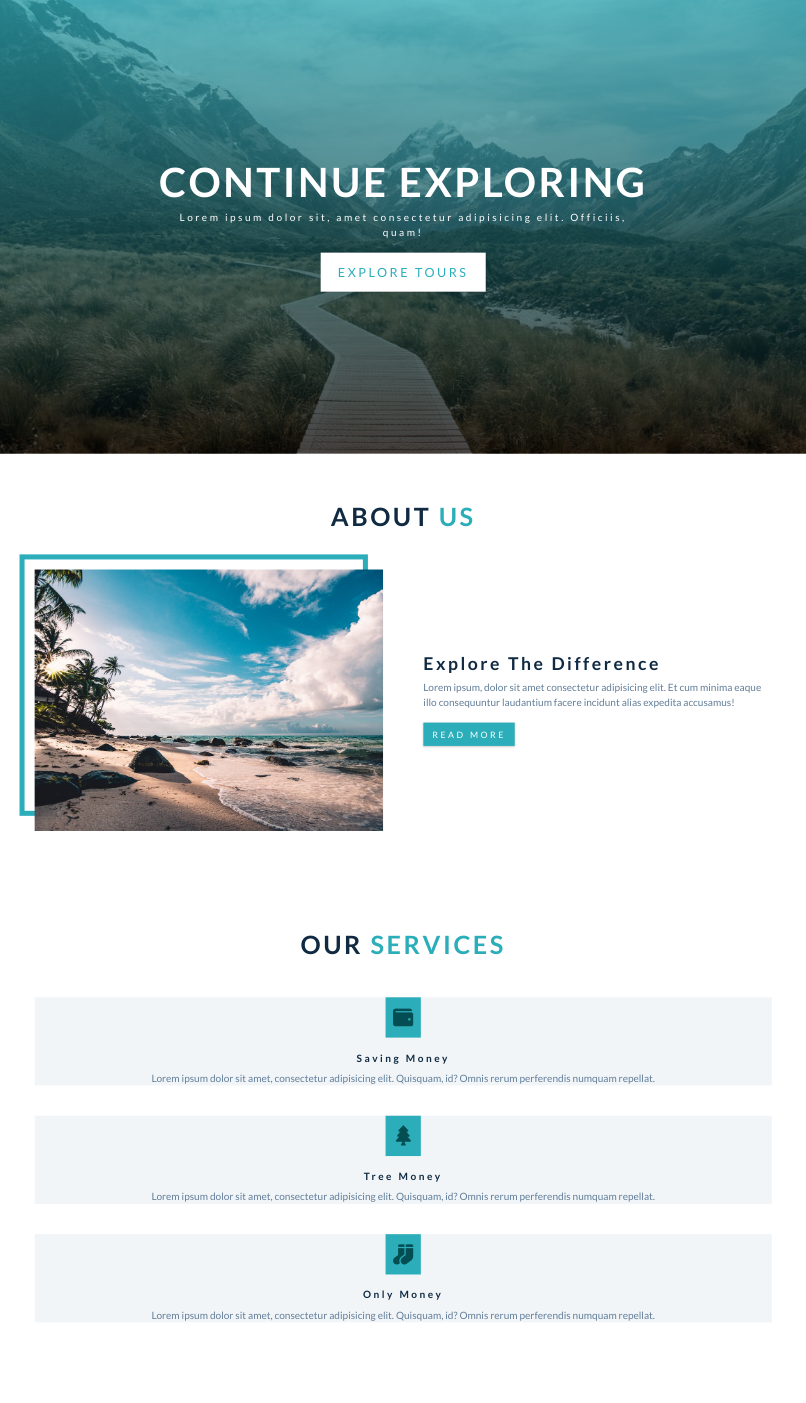
Repository: Ndifoinhilary/flexbox-project
Page: index.html
The author's editor kept a copy of each file at every save. The page is drawn from the files as they stood at one save, then again after the next save.
The browser window is 1280 px wide. The pictures show the whole page, at 63% of full size.

Above is the page before, as saved 2024-01-21 14:58:15.

After the next save:
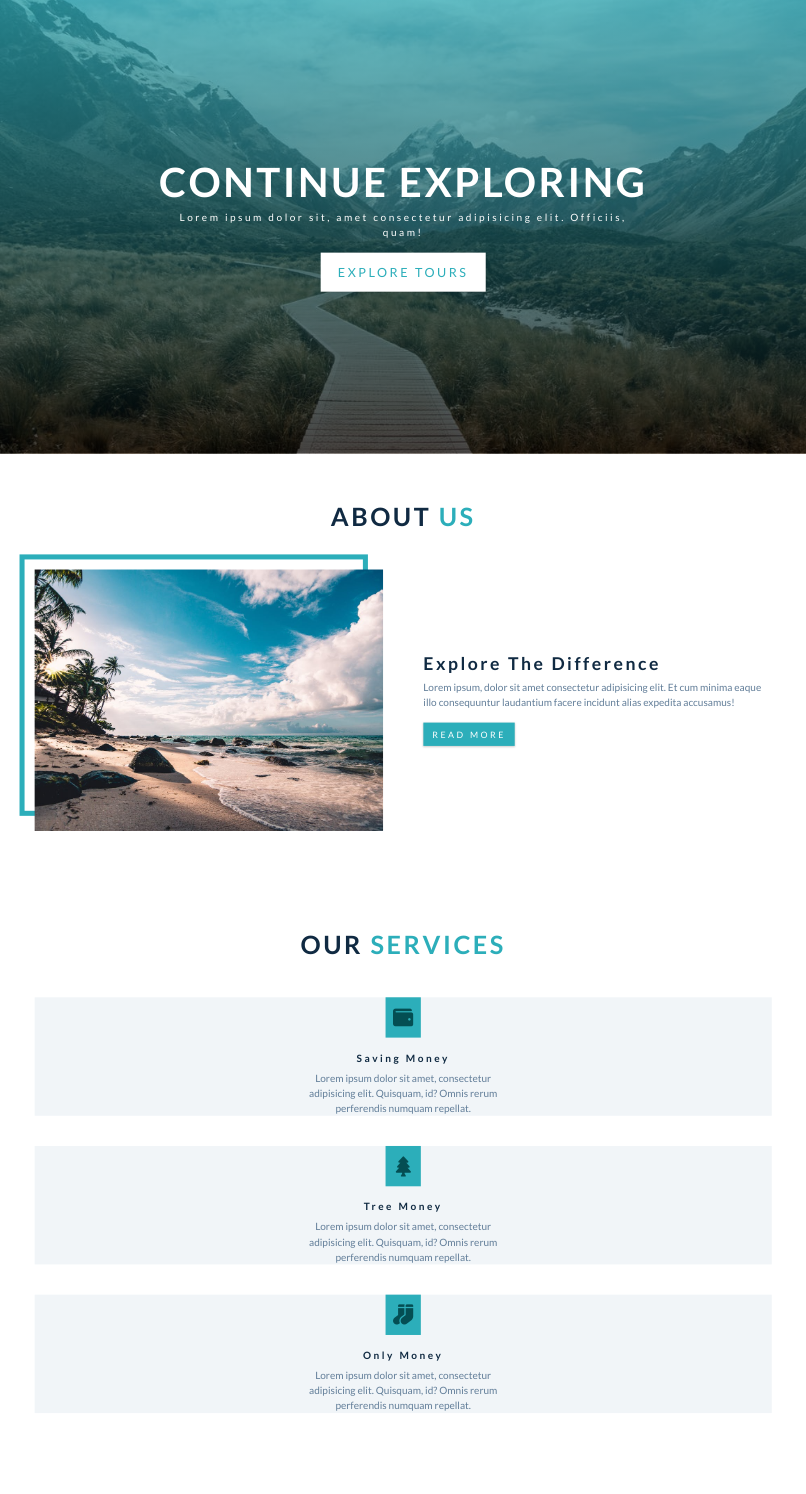
Saved 8 min 19 s later.
--- a/css/main.css
+++ b/css/main.css
@@ -286,6 +286,12 @@ Services
   font-size: 2rem;
   margin-bottom: 1.5rem;
 }
+
+.service-text{
+  max-width: 20rem;
+  margin-left: auto;
+  margin-right: auto;
+}
 /*
 ===============
 Featured Tours
